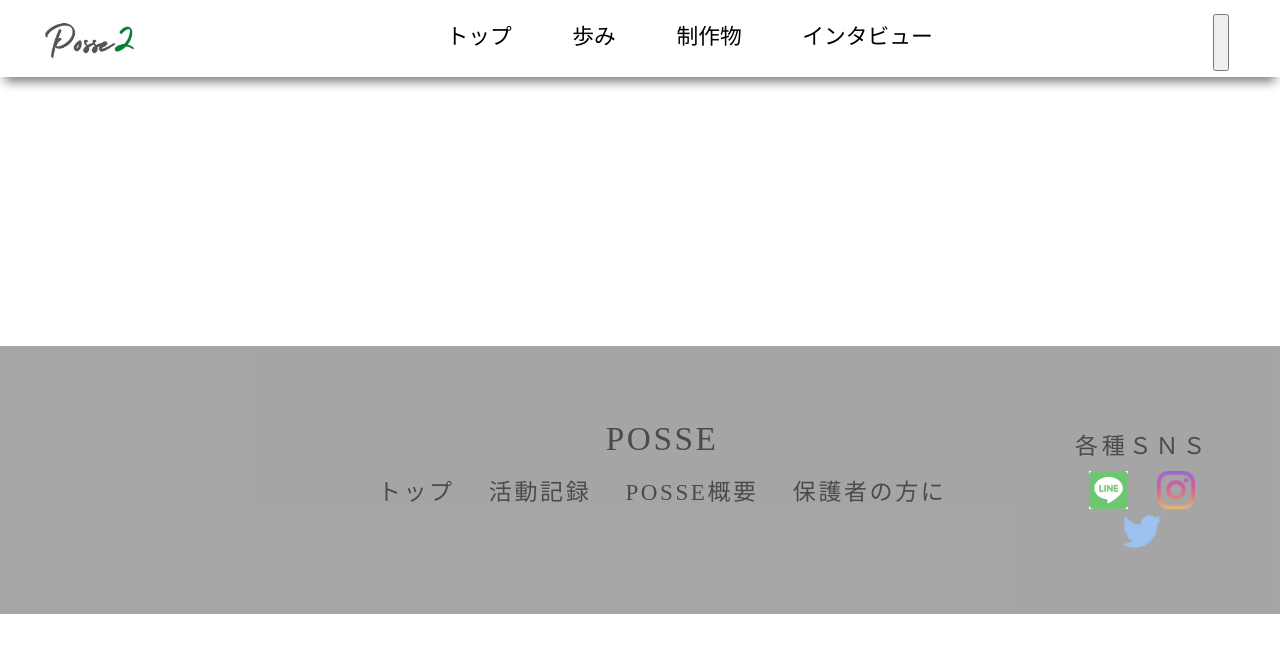
Repository: posse-ap/posse2-hackathon-202202-team2A
Page: topPage/index.html
An editor plug-in stored every save of this project. The page is shown before and after a run of saves, followed by the edit.
The browser window is 1280 px wide. The pictures show the whole page.

Above is the page before, as saved 2022-02-15 02:38:48.

After the next 2 saves:
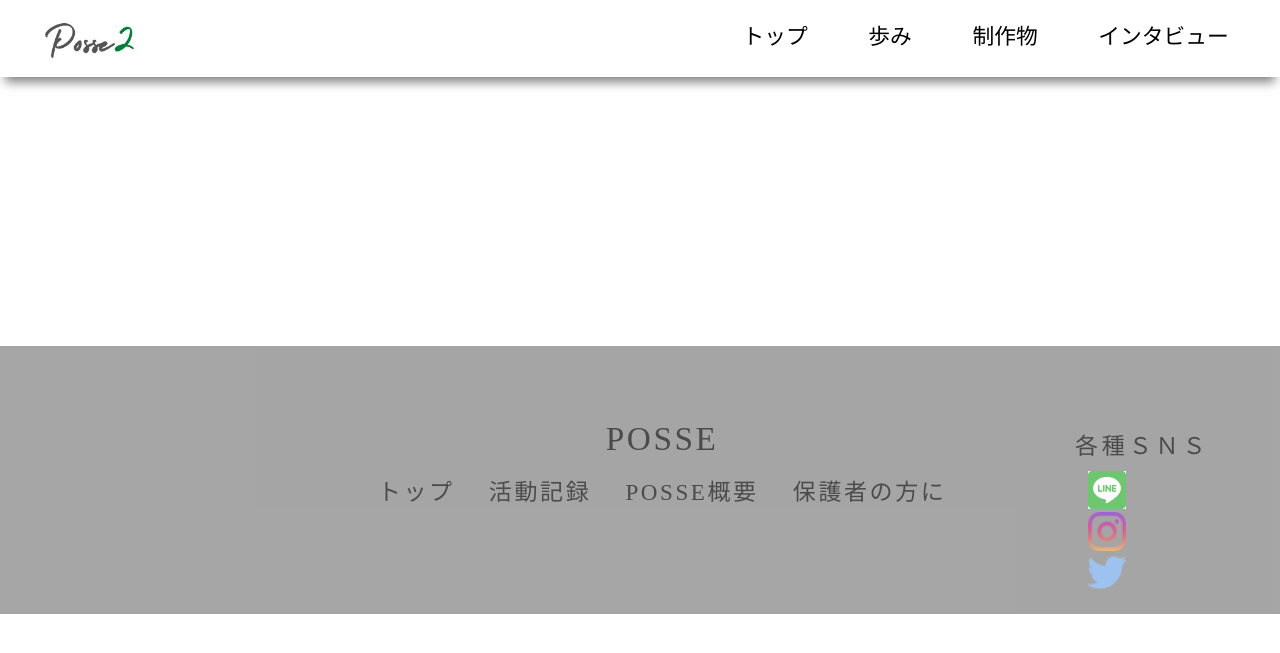
The 2 saves are shown as one change because they came seconds apart.
The last was saved 9 s later.
--- a/topPage/style.css
+++ b/topPage/style.css
@@ -66,7 +66,9 @@ body {
     box-shadow: 0px 10px 10px -5px rgba(0, 0, 0, 0.5);
 }
 
-.S
+.SNS_box{
+    width: 30%;
+}
 
 
 /* -------------------- */
